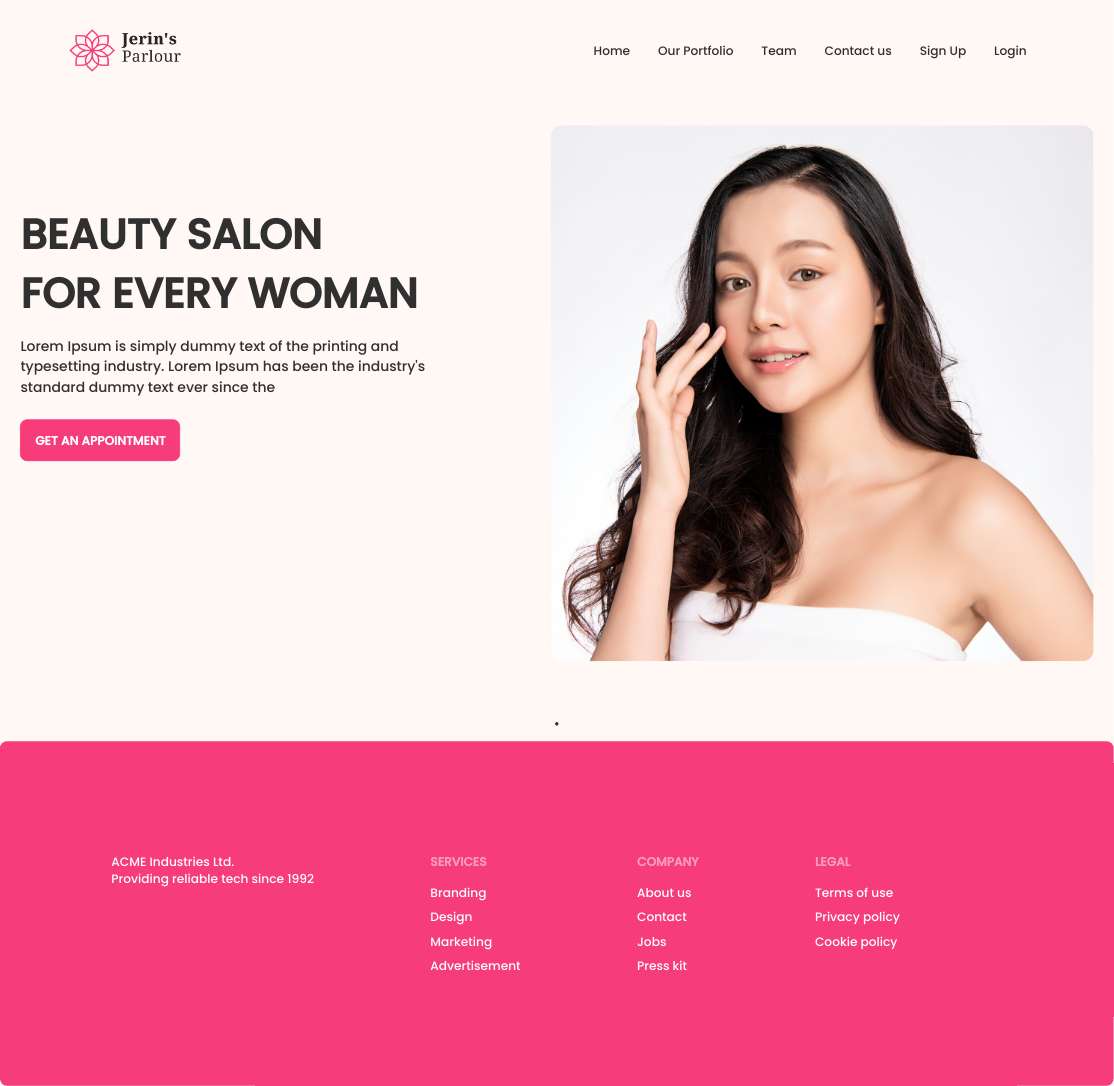
Repository: Wahid137/jerins-parlour-client
Page: /
The author's editor kept a copy of each file at every save. The page is drawn from the files as they stood at one save, then again after the next save.
The browser window is 1280 px wide. The pictures show the whole page, at 87% of full size.
The page's requests for data from a server got no answer. The project was rebuilt for these pictures with package versions that can differ from the ones it lists, and the page was loaded fresh each time. No one was signed in, and anything a server would have sent is missing. Also part of the build but not shown: src/App.css, src/Pages/Home/Services/ServicesCard.js.

Above is the page before, as saved 2023-07-16 03:42:20.

After the next save:
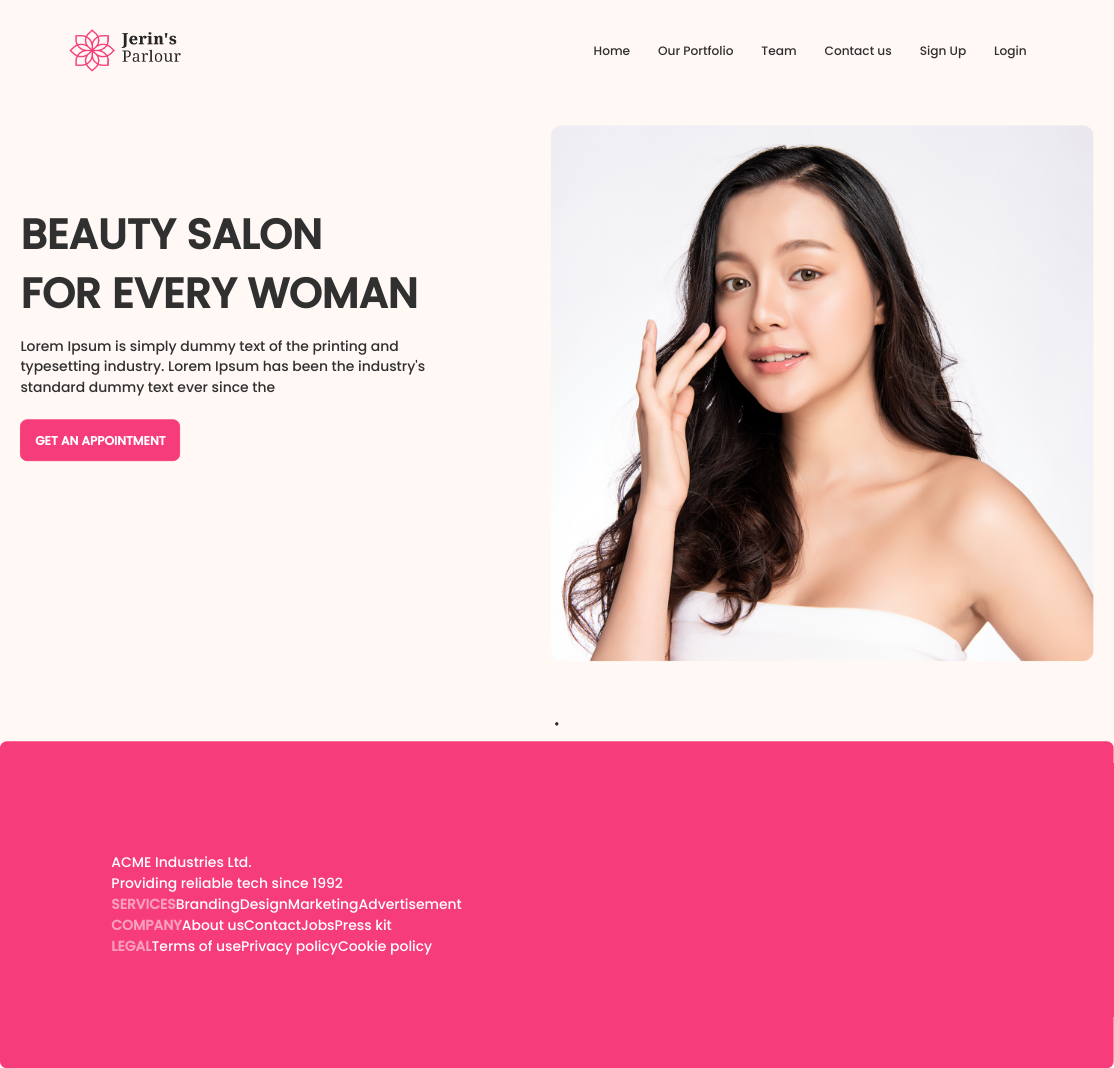
Saved 36 s later.
--- a/src/Shared/Footer/Footer.js
+++ b/src/Shared/Footer/Footer.js
@@ -3,7 +3,7 @@
 
 const Footer = () => {
     return (
-        <footer className="footer p-32 bg-primary text-white rounded-lg">
+        <footer className=" p-32 bg-primary text-white rounded-lg">
             <div>
                 <p>ACME Industries Ltd.<br />Providing reliable tech since 1992</p>
             </div>

After the save that followed:
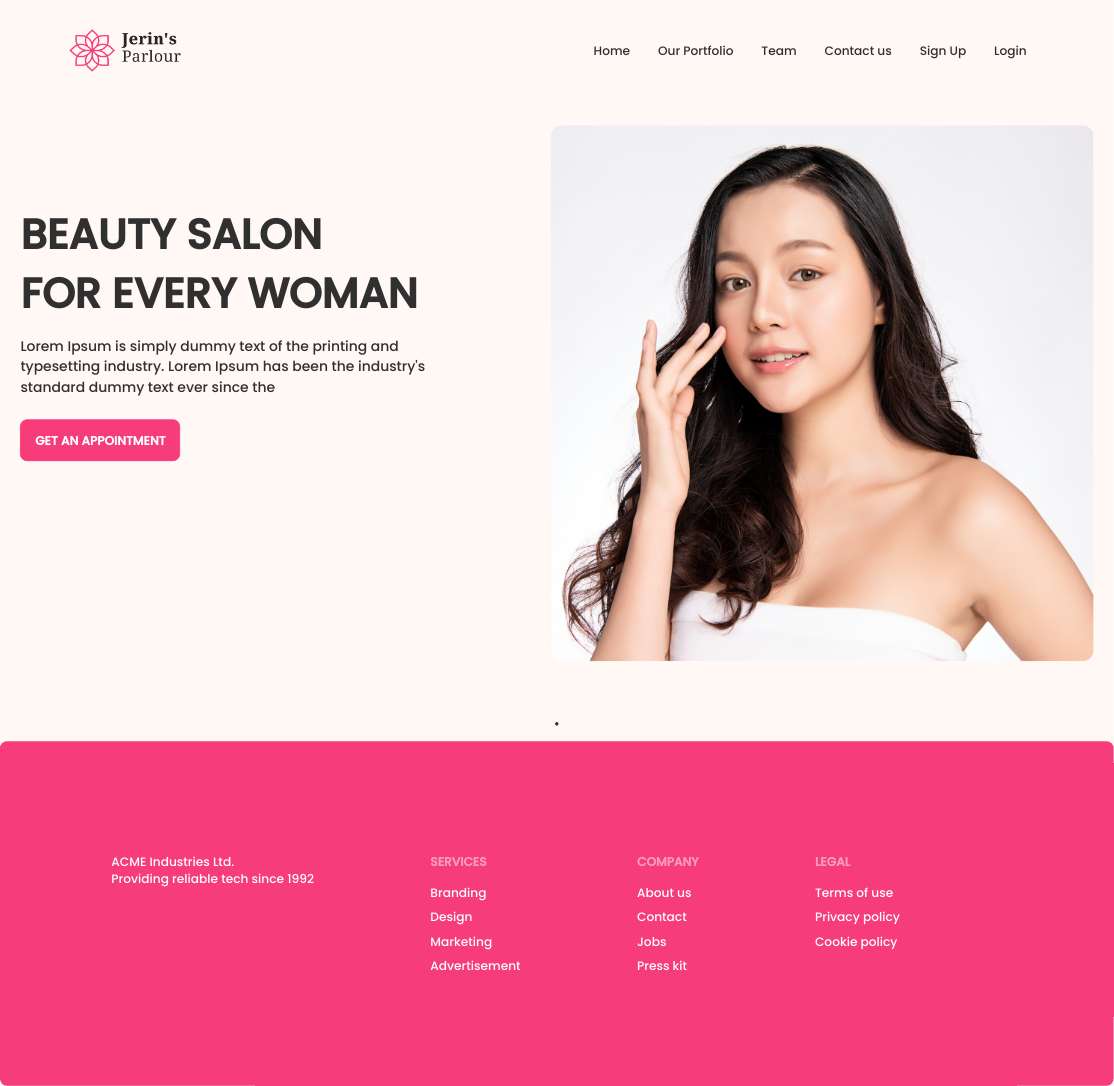
Saved 13 s later.
--- a/src/Shared/Footer/Footer.js
+++ b/src/Shared/Footer/Footer.js
@@ -3,7 +3,7 @@
 
 const Footer = () => {
     return (
-        <footer className=" p-32 bg-primary text-white rounded-lg">
+        <footer className="footer p-32 bg-primary text-white rounded-lg">
             <div>
                 <p>ACME Industries Ltd.<br />Providing reliable tech since 1992</p>
             </div>
